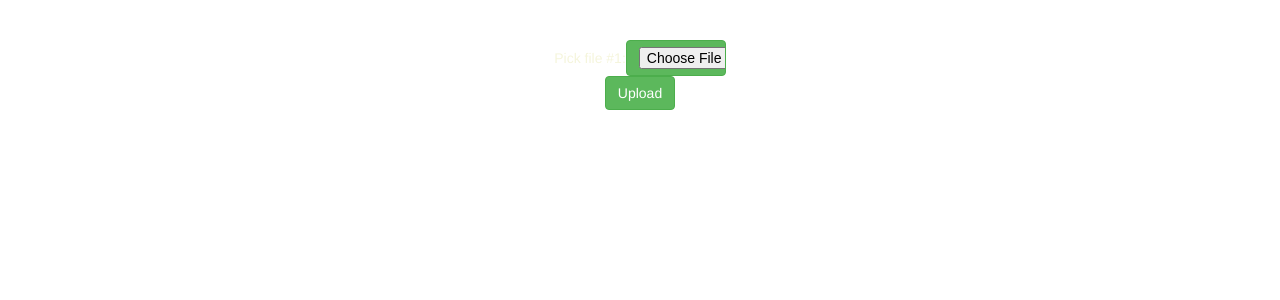
Repository: 123poornima/UpdatedSecondProject
Page: frontendPro/WebContent/_user/uploadPicture.html
These files come from the project's save history. The page is drawn as it stood at one moment and after the next save; the edit follows.
The browser window is 1280 px wide. The pictures show the whole page.

Above is the page before, as saved 2017-01-17 04:37:02.

### frontendPro/WebContent/_user/uploadPicture.html
<!DOCTYPE html>
<html>
<head>
<meta charset="ISO-8859-1">
<title>Insert title here</title>
<link rel="stylesheet" href="http://maxcdn.bootstrapcdn.com/bootstrap/3.3.7/css/bootstrap.min.css">

<!-- jQuery library -->
<script src="https://ajax.googleapis.com/ajax/libs/jquery/1.12.4/jquery.min.js"></script>

<!-- Latest compiled JavaScript -->
<script src="http://maxcdn.bootstrapcdn.com/bootstrap/3.3.7/js/bootstrap.min.js"></script>
</head>
<body>
<div align="center">
        <form method="post" action="http://localhost:8085/backendPro/doUpload" enctype="multipart/form-data">
            <table border="0">
                <tr style="color:#F5F5DC">
                    <td style="color:#F5F5DC">Pick file #1:</td>
                    <td><input class="btn btn-success" type="file" name="fileUpload" size="50" style="width:100px"/></td>
                </tr>
             <br>

                <tr>
                 <br>
                    <td colspan="2" align="center"><input class="btn btn-success" type="submit" value="Upload" /></td>
                </tr>


            </table>
        </form>
    </div>
</body>
</html>

After the next save:
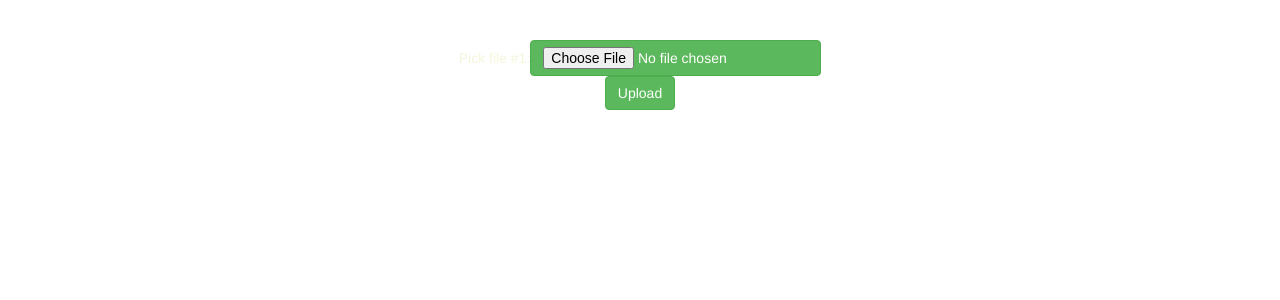
Saved 15 min 28 s later.
--- a/frontendPro/WebContent/_user/uploadPicture.html
+++ b/frontendPro/WebContent/_user/uploadPicture.html
@@ -17,7 +17,7 @@
             <table border="0">
                 <tr style="color:#F5F5DC">
                     <td style="color:#F5F5DC">Pick file #1:</td>
-                    <td><input class="btn btn-success" type="file" name="fileUpload" size="50" style="width:100px"/></td>
+                    <td><input class="btn btn-success" type="file" name="fileUpload" /></td>
                 </tr>
              <br>
 
